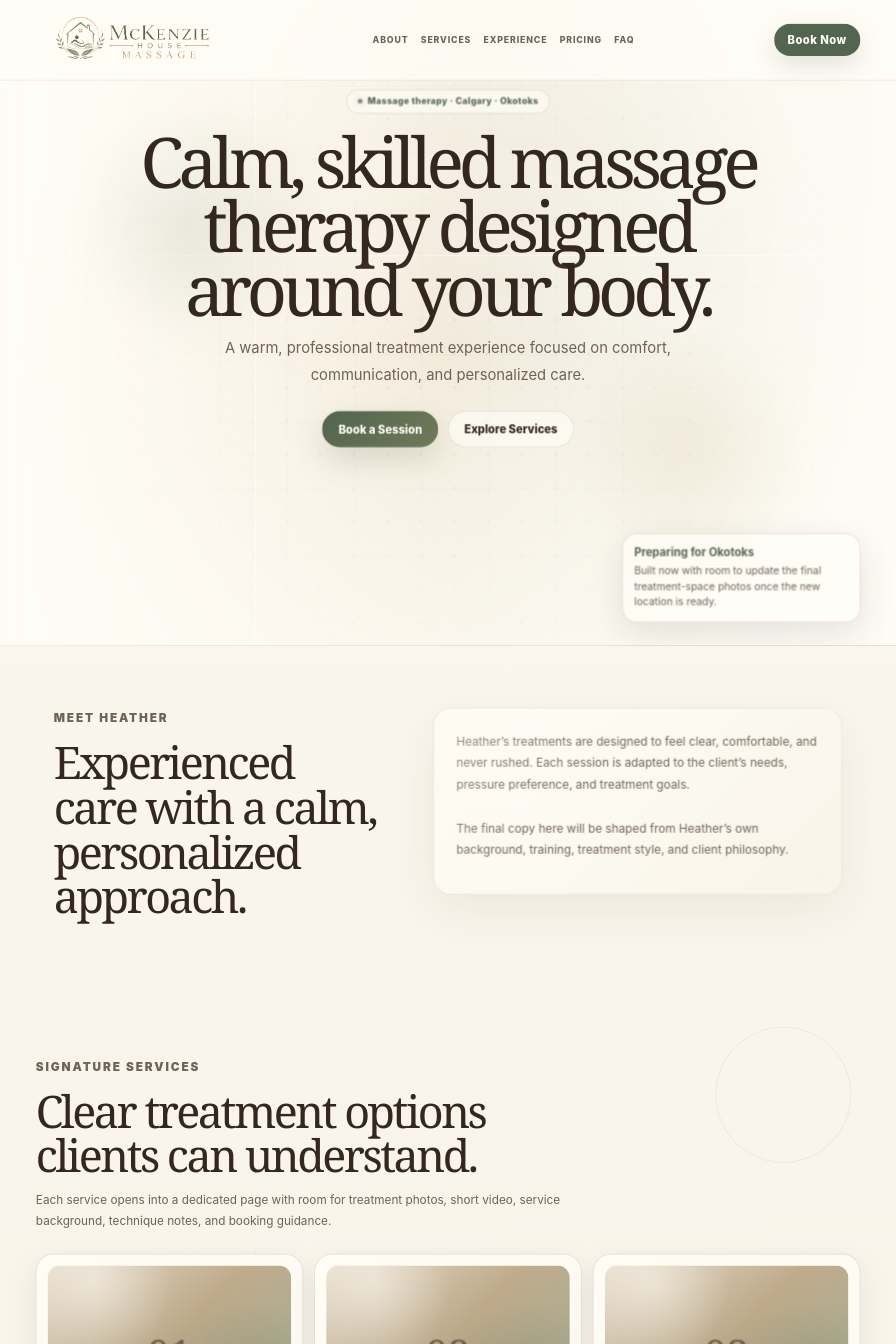
Repository: 300LBHACK3R/mckenzie-house-massage-site
Page: /
An editor plug-in stored every save of this project. The page is shown before and after a run of saves, followed by the edit.
The browser window is 1280 px wide. The pictures show the part of the page from y = 0 to 1920 px (the page is 8813 px tall), at 70% of full size.
The project was rebuilt for these pictures with package versions that can differ from the ones it lists, and the page was loaded fresh each time. The framework's server and built-in components were replaced by stand-ins that run in the browser. Also part of the build but not shown: next.config.ts.

Above is the page before, as saved 2026-07-16 11:42:15.

After the next 2 saves:
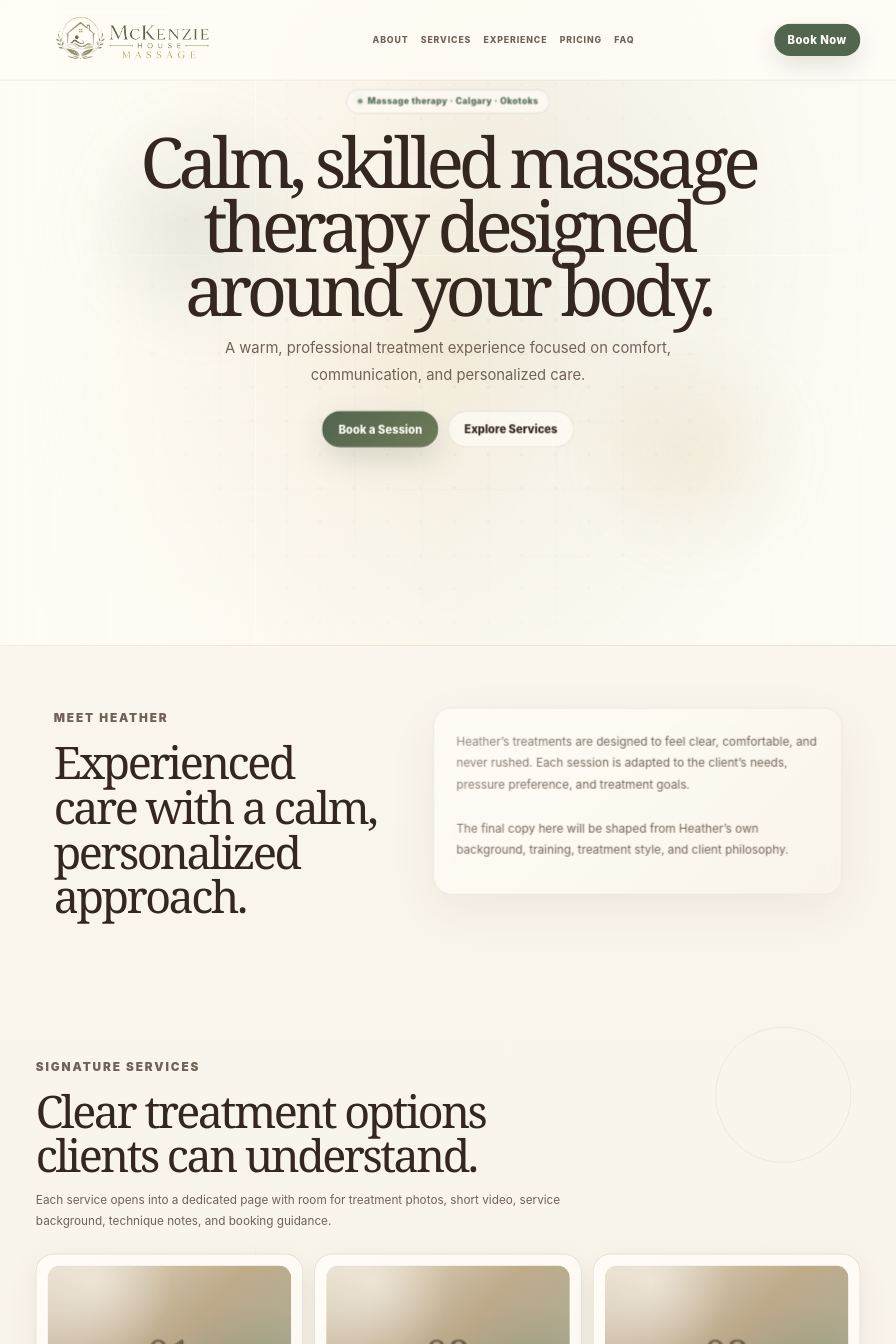
The 2 saves are shown as one change because 1 did not build or start.
The last was saved 4 min 27 s later.
--- a/src/app/page.tsx
+++ b/src/app/page.tsx
@@ -84,16 +84,6 @@ export default function Home() {
             </div>
           </div>
 
-          <aside
-            className="hero-side-card reveal-soft"
-            aria-label="Okotoks move note"
-          >
-            <strong>Preparing for Okotoks</strong>
-            <span>
-              Built now with room to update the final treatment-space photos
-              once the new location is ready.
-            </span>
-          </aside>
         </section>
 
         <section id="about" className="section split section-lift scroll-reveal">
